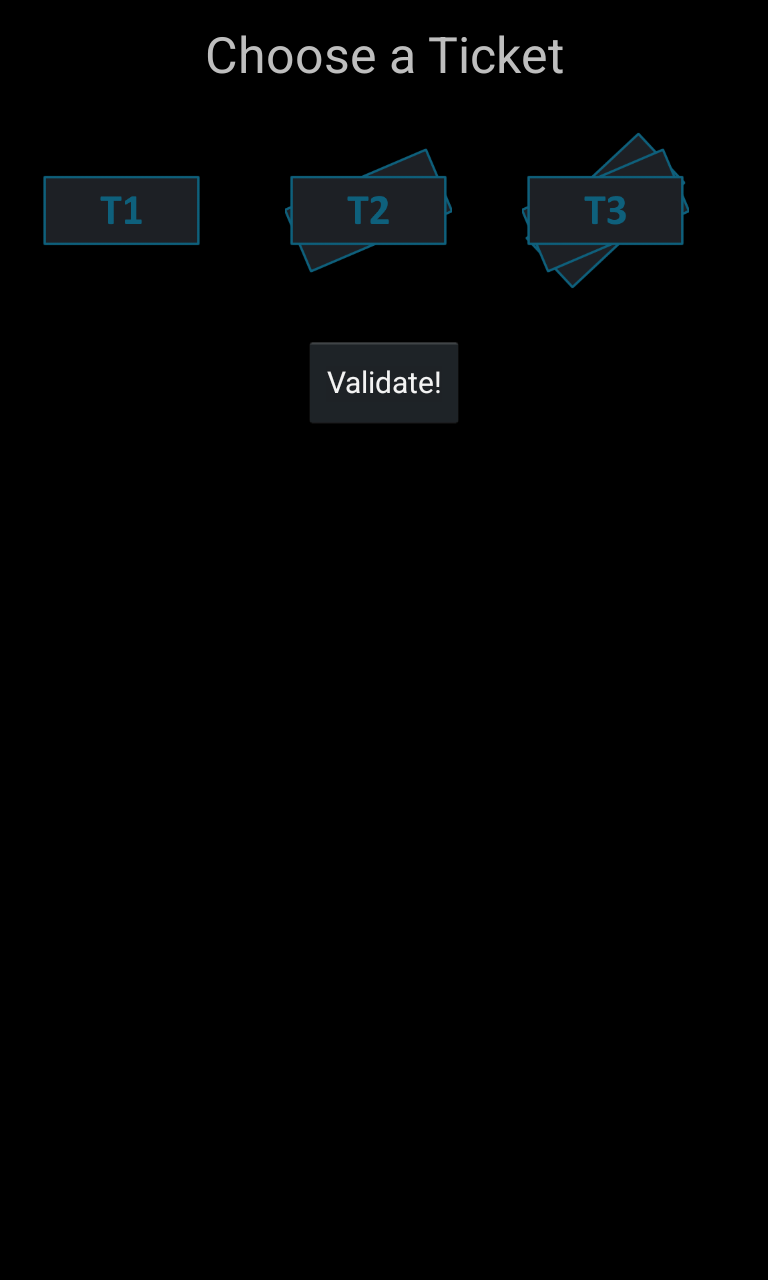
Repository: Nelspike/BusTicketer
Layout: PassengerMode/res/layout/fragment_show_tickets.xml
The author's editor kept a copy of each file at every save. The layout is drawn from the files as they stood at one save, then again after the next save.
It is drawn on a 768 x 1280 px phone screen (xhdpi) without system bars, with theme AppTheme; the app's code is not run.

Above is the layout before, as saved 2013-10-19 20:19:45.

After the next save:
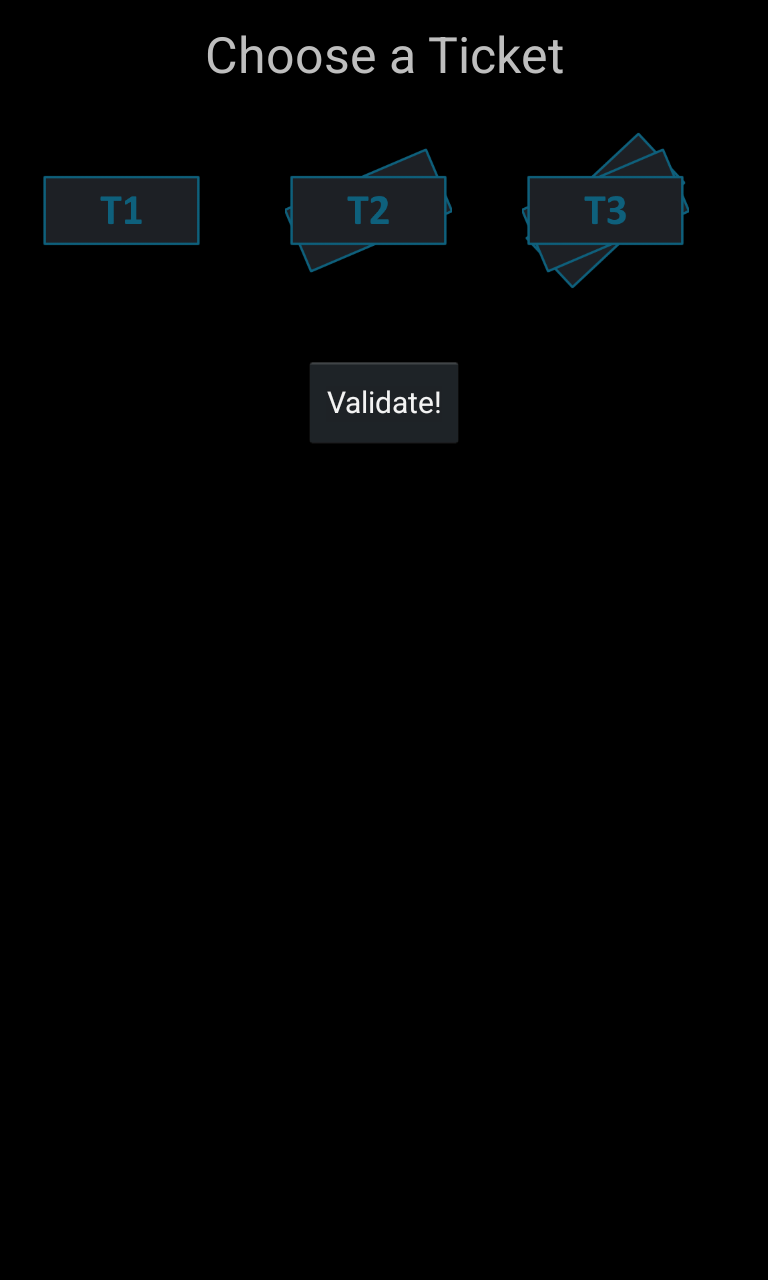
Saved 5 s later.
--- a/PassengerMode/res/layout/fragment_show_tickets.xml
+++ b/PassengerMode/res/layout/fragment_show_tickets.xml
@@ -24,7 +24,7 @@
 		    android:gravity="center"
 		    android:orientation="horizontal"
 		    android:paddingTop="20dp"
-		    android:paddingBottom="20dp" >
+		    android:paddingBottom="30dp" >
 
 			<RadioButton
 			    android:id="@+id/t1_radio"
